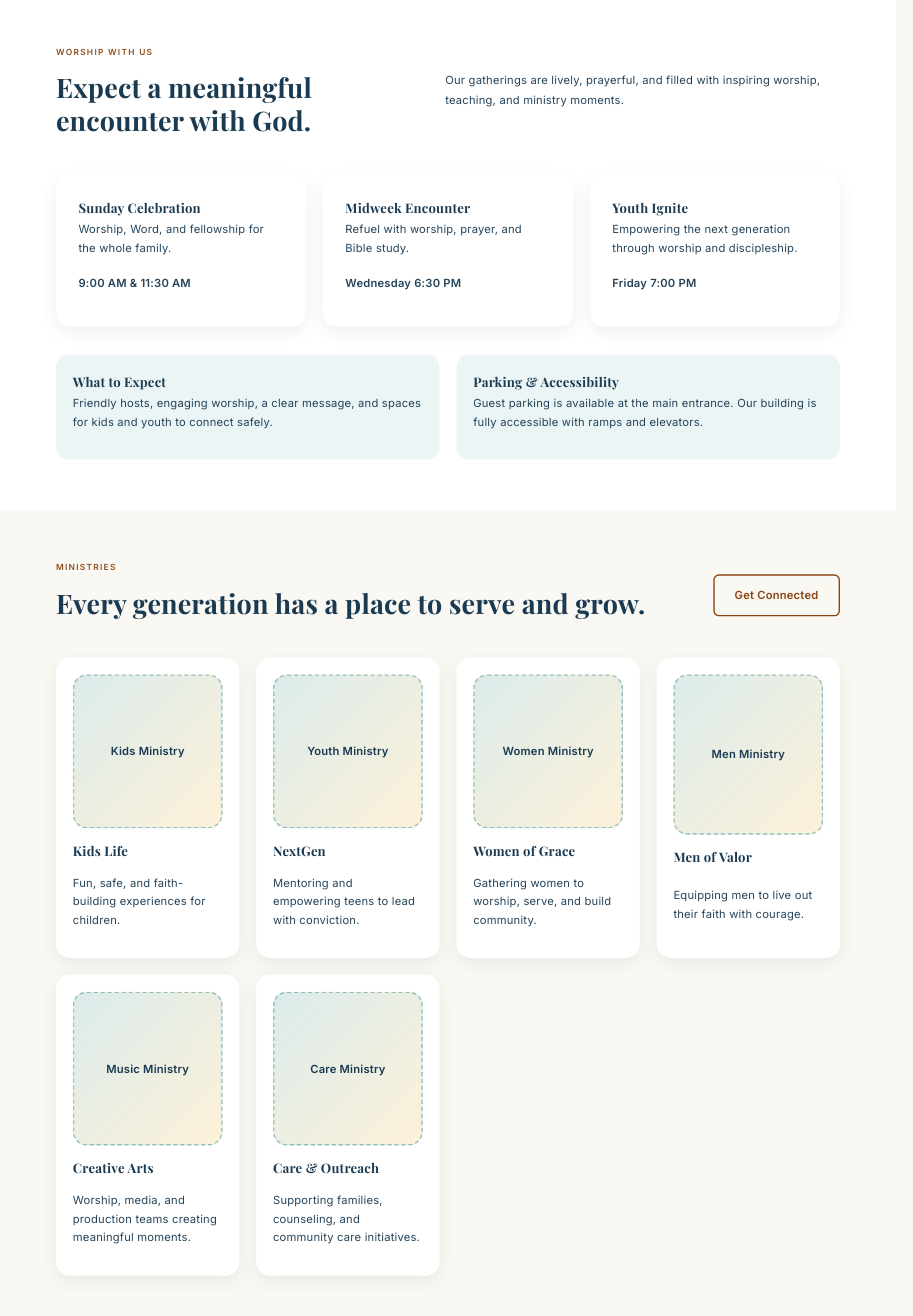
Repository: bilaal441/church
Page: index.htm
These files come from the project's save history. The page is drawn as it stood at one moment and after the next save; the edit follows.
The browser window is 1280 px wide. The page is 1304 px wide, so the pictures cover 1304 px, including what lies to the right of the window. The pictures show the part of the page from y = 1458 to 3338 px (the page is 5647 px tall before and 5650 px after), at 70% of full size.

Above is the page before, as saved 2026-01-19 22:10:11.

### index.htm
<!doctype html>
<html lang="en">
  <head>
    <meta charset="UTF-8" />
    <meta name="viewport" content="width=device-width, initial-scale=1.0" />
    <title>New Life Evangelistic Ministries Worship Centre</title>
    <meta
      name="description"
      content="A welcoming, Spirit-filled church family in Springfield. Join us for worship, discipleship, and community outreach."
    />
    <link rel="stylesheet" href="style.css" />
    <link rel="preconnect" href="https://fonts.googleapis.com" />
    <link rel="preconnect" href="https://fonts.gstatic.com" crossorigin />
    <link
      href="https://fonts.googleapis.com/css2?family=Playfair+Display:wght@400;600;700&family=Inter:wght@400;500;600&display=swap"
      rel="stylesheet"
    />
  </head>
  <body>
    <a class="skip-link" href="#main">Skip to main content</a>
    <header class="site-header">
      <div class="container header-content">
        <div class="logo">
          <span class="logo-mark">NLE</span>
          <div>
            <p class="logo-title">New Life Evangelistic Ministries</p>
            <p class="logo-subtitle">Worship Centre</p>
          </div>
        </div>
        <button
          class="nav-toggle"
          aria-expanded="false"
          aria-controls="site-nav"
        >
          <span></span>
          <span></span>
          <span></span>
        </button>
        <nav id="site-nav" class="site-nav">
          <a href="#about">About</a>
          <a href="#worship">Worship</a>
          <a href="#ministries">Ministries</a>
          <a href="#events">Events</a>
          <a href="#giving">Giving</a>
          <a href="#contact" class="button">Visit Us</a>
        </nav>
      </div>
    </header>

    <main id="main">
      <section class="hero">
        <div class="container hero-grid">
          <div class="hero-text">
            <p class="eyebrow">A Place to Belong &amp; Grow</p>
            <h1>Experience hope, worship, and community in Christ.</h1>
            <p>
              Join us for vibrant worship, powerful teaching, and a loving
              family that is passionate about reaching the city with the gospel.
            </p>
            <div class="hero-actions">
              <a class="button" href="#worship">Plan Your Visit</a>
              <a class="button button-outline" href="#events"
                >Upcoming Events</a
              >
            </div>
            <div class="hero-details">
              <div>
                <span>Service Times</span>
                <strong>Sunday 9:00 AM &amp; 11:30 AM</strong>
              </div>
              <div>
                <span>Midweek Encounter</span>
                <strong>Wednesday 6:30 PM</strong>
              </div>
            </div>
            <div class="hero-note">
              <span>Livestream available</span>
              <a href="#contact">Watch Online</a>
            </div>
          </div>
          <div class="hero-visual">
            <div class="image-placeholder large">Hero Image Placeholder</div>
            <div class="hero-card">
              <h3>Welcome Home</h3>
              <p>
                New to church? We will help you feel at home from the moment you
                arrive.
              </p>
              <a href="#contact">Meet the Team</a>
            </div>
          </div>
        </div>
      </section>

      <section id="about" class="section">
        <div class="container split">
          <div class="image-placeholder">About Image Placeholder</div>
          <div>
            <p class="eyebrow">Who We Are</p>
            <h2>
              Our mission is to raise disciples who live out the love of Jesus.
            </h2>
            <p>
              We are a vibrant, spirit-filled church committed to worship,
              discipleship, evangelism, and compassionate outreach. We welcome
              families, young adults, and every generation to grow together in
              faith.
            </p>
            <div class="stats">
              <div>
                <strong>25+</strong>
                <span>Years of ministry</span>
              </div>
              <div>
                <strong>40+</strong>
                <span>Small groups</span>
              </div>
              <div>
                <strong>15</strong>
                <span>Community partners</span>
              </div>
            </div>
          </div>
        </div>
      </section>

      <section id="worship" class="section section-alt">
        <div class="container">
          <div class="section-header">
            <div>
              <p class="eyebrow">Worship With Us</p>
              <h2>Expect a meaningful encounter with God.</h2>
            </div>
            <p>
              Our gatherings are lively, prayerful, and filled with inspiring
              worship, teaching, and ministry moments.
            </p>
          </div>
          <div class="cards">
            <article class="card">
              <h3>Sunday Celebration</h3>
              <p>Worship, Word, and fellowship for the whole family.</p>
              <p class="card-meta">9:00 AM &amp; 11:30 AM</p>
            </article>
            <article class="card">
              <h3>Midweek Encounter</h3>
              <p>Refuel with worship, prayer, and Bible study.</p>
              <p class="card-meta">Wednesday 6:30 PM</p>
            </article>
            <article class="card">
              <h3>Youth Ignite</h3>
              <p>
                Empowering the next generation through worship and discipleship.
              </p>
              <p class="card-meta">Friday 7:00 PM</p>
            </article>
          </div>
          <div class="worship-highlight">
            <div>
              <h3>What to Expect</h3>
              <p>
                Friendly hosts, engaging worship, a clear message, and spaces
                for kids and youth to connect safely.
              </p>
            </div>
            <div>
              <h3>Parking &amp; Accessibility</h3>
              <p>
                Guest parking is available at the main entrance. Our building is
                fully accessible with ramps and elevators.
              </p>
            </div>
          </div>
        </div>
      </section>

      <section id="ministries" class="section">
        <div class="container">
          <div class="section-header">
            <div>
              <p class="eyebrow">Ministries</p>
              <h2>Every generation has a place to serve and grow.</h2>
            </div>
            <a class="button button-outline" href="#contact">Get Connected</a>
          </div>
          <div class="ministry-grid">
            <div class="ministry-card">
              <div class="image-placeholder">Kids Ministry</div>
              <h3>Kids Life</h3>
              <p>Fun, safe, and faith-building experiences for children.</p>
            </div>
            <div class="ministry-card">
              <div class="image-placeholder">Youth Ministry</div>
              <h3>NextGen</h3>
              <p>Mentoring and empowering teens to lead with conviction.</p>
            </div>
            <div class="ministry-card">
              <div class="image-placeholder">Women Ministry</div>
              <h3>Women of Grace</h3>
              <p>Gathering women to worship, serve, and build community.</p>
            </div>
            <div class="ministry-card">
              <div class="image-placeholder">Men Ministry</div>
              <h3>Men of Valor</h3>
              <p>Equipping men to live out their faith with courage.</p>
            </div>
            <div class="ministry-card">
              <div class="image-placeholder">Music Ministry</div>
              <h3>Creative Arts</h3>
              <p>
                Worship, media, and production teams creating meaningful
                moments.
              </p>
            </div>
            <div class="ministry-card">
              <div class="image-placeholder">Care Ministry</div>
              <h3>Care &amp; Outreach</h3>
              <p>
                Supporting families, counseling, and community care initiatives.
              </p>
            </div>
          </div>
        </div>
      </section>

      <section id="events" class="section section-alt">
        <div class="container">
          <div class="section-header">
            <div>
              <p class="eyebrow">Upcoming Events</p>
              <h2>There is always something happening at New Life.</h2>
            </div>
            <a class="button" href="#giving">Support the Mission</a>
          </div>
          <div class="event-list">
            <article>
              <span class="event-date">Mar 21</span>
              <div>
                <h3>Citywide Prayer Night</h3>
                <p>
                  Join churches across the city for a night of prayer and
                  worship.
                </p>
              </div>
              <a href="#contact">Learn More</a>
            </article>
            <article>
              <span class="event-date">Apr 05</span>
              <div>
                <h3>Community Outreach Day</h3>
                <p>Serve families with meals, clothing, and encouragement.</p>
              </div>
              <a href="#contact">Serve With Us</a>
            </article>
            <article>
              <span class="event-date">Apr 19</span>
              <div>
                <h3>Resurrection Celebration</h3>
                <p>
                  A joyful service with worship, testimonies, and family
                  activities.
                </p>
              </div>
              <a href="#contact">Plan Your Visit</a>
            </article>
          </div>
        </div>
      </section>

      <section id="giving" class="section">
        <div class="container giving">
          <div>
            <p class="eyebrow">Giving</p>
            <h2>Your generosity fuels life-changing ministry.</h2>
            <p>
              Every gift helps us reach more people with the gospel, support
              families in need, and raise leaders for the future.
            </p>
            <div class="giving-actions">
              <a class="button" href="#contact">Give Online</a>
              <a class="button button-outline" href="#contact">Volunteer</a>
            </div>
            <div class="giving-note">
              <strong>Need assistance?</strong>
              <span
                >We can help with giving, prayer requests, or support
                resources.</span
              >
            </div>
          </div>
          <div class="image-placeholder">Giving Image Placeholder</div>
        </div>
      </section>

      <section id="contact" class="section section-alt">
        <div class="container contact">
          <div>
            <p class="eyebrow">Visit Us</p>
            <h2>We would love to meet you this Sunday.</h2>
            <p>
              125 Hope Street, Springfield, ST 12345<br />
              (555) 123-4567 · hello@nlewc.org
            </p>
            <div class="contact-details">
              <div>
                <strong>Office Hours</strong>
                <span>Mon - Fri, 9 AM - 4 PM</span>
              </div>
              <div>
                <strong>Prayer Line</strong>
                <span>Available 24/7</span>
              </div>
              <div>
                <strong>Follow Us</strong>
                <span>Instagram · Facebook · YouTube</span>
              </div>
            </div>
          </div>
          <form class="contact-form">
            <h3>Plan a Visit</h3>
            <label>
              Full Name
              <input type="text" placeholder="Your name" />
            </label>
            <label>
              Email Address
              <input type="email" placeholder="you@example.com" />
            </label>
            <label>
              Message
              <textarea
                rows="4"
                placeholder="Tell us how we can help."
              ></textarea>
            </label>
            <button type="submit" class="button">Send Message</button>
          </form>
        </div>
      </section>
    </main>

    <footer class="site-footer">
      <div class="container footer-grid">
        <div>
          <div class="logo">
            <span class="logo-mark">NLE</span>
            <div>
              <p class="logo-title">New Life Evangelistic Ministries</p>
              <p class="logo-subtitle">Worship Centre</p>
            </div>
          </div>
          <p>
            Building lives, families, and communities through the love of Jesus.
          </p>
        </div>
        <div>
          <h4>Connect</h4>
          <ul>
            <li><a href="#about">About</a></li>
            <li><a href="#worship">Worship</a></li>
            <li><a href="#ministries">Ministries</a></li>
            <li><a href="#events">Events</a></li>
          </ul>
        </div>
        <div>
          <h4>Visit</h4>
          <ul>
            <li>125 Hope Street</li>
            <li>Springfield, ST 12345</li>
            <li>(555) 123-4567</li>
            <li>hello@nlewc.org</li>
          </ul>
        </div>
        <div>
          <h4>Stay Updated</h4>
          <p>Subscribe for prayer points and community updates.</p>
          <div class="subscribe">
            <input type="email" placeholder="Email address" />
            <button class="button">Subscribe</button>
          </div>
        </div>
      </div>
      <div class="footer-bottom">
        <p>
          © 2024 New Life Evangelistic Ministries Worship Centre. All rights
          reserved.
        </p>
      </div>
    </footer>

    <script src="script.js"></script>
  </body>
</html>

### style.css
:root {
  --navy: #1a3a52;
  --gold: #d4a574;
  --burgundy: #8b4513;
  --cream: #faf8f3;
  --sage: #6b8e7f;
  --muted: #7d8a7f;
  --white: #ffffff;
  --light-gold: #f5e6d3;
  --shadow: 0 8px 24px rgba(26, 58, 82, 0.08);
  --shadow-lg: 0 12px 32px rgba(26, 58, 82, 0.12);
}

* {
  box-sizing: border-box;
  margin: 0;
  padding: 0;
}

body {
  font-family: "Inter", sans-serif;
  background-color: var(--cream);
  color: var(--navy);
  line-height: 1.7;
  letter-spacing: 0.3px;
}

img {
  max-width: 100%;
  display: block;
}

a {
  color: inherit;
  text-decoration: none;
}

.skip-link {
  position: absolute;
  left: -999px;
  top: 16px;
  background: var(--navy);
  color: var(--white);
  padding: 0.6rem 1.2rem;
  border-radius: 999px;
  z-index: 50;
}

.skip-link:focus {
  left: 16px;
}

.container {
  width: min(1120px, 90%);
  margin: 0 auto;
}

.eyebrow {
  text-transform: uppercase;
  letter-spacing: 0.15em;
  font-size: 0.75rem;
  color: var(--burgundy);
  font-weight: 700;
  margin-bottom: 1rem;
}

h1,
h2,
h3,
h4 {
  font-family: "Playfair Display", serif;
  color: var(--navy);
}

h1 {
  font-size: clamp(2.5rem, 4vw, 3.5rem);
  line-height: 1.1;
  margin-bottom: 1rem;
}

h2 {
  font-size: clamp(2rem, 3vw, 2.8rem);
  line-height: 1.2;
  margin-bottom: 1rem;
}

p {
  margin-bottom: 1rem;
  color: var(--navy);
  opacity: 0.95;
}

.button {
  display: inline-flex;
  align-items: center;
  justify-content: center;
  padding: 0.9rem 1.8rem;
  border-radius: 8px;
  background: var(--burgundy);
  color: var(--white);
  font-weight: 600;
  transition:
    transform 0.2s ease,
    box-shadow 0.2s ease,
    background 0.2s ease;
  box-shadow: var(--shadow-lg);
}

.button:hover {
  transform: translateY(-2px);
  background: #6d3410;
  box-shadow: var(--shadow-lg);
}

.button-outline {
  background: transparent;
  color: var(--burgundy);
  border: 2px solid var(--burgundy);
  box-shadow: none;
}

.site-header {
  background: var(--white);
  position: sticky;
  top: 0;
  z-index: 20;
  box-shadow: 0 4px 12px rgba(26, 58, 82, 0.05);
  border-bottom: 2px solid var(--light-gold);
}

.header-content {
  display: flex;
  align-items: center;
  justify-content: space-between;
  padding: 1.2rem 0;
  gap: 2rem;
}

.logo {
  display: flex;
  align-items: center;
  gap: 0.8rem;
}

.logo-mark {
  width: 48px;
  height: 48px;
  border-radius: 10px;
  background: linear-gradient(135deg, var(--burgundy), var(--gold));
  color: var(--white);
  font-weight: 700;
  display: grid;
  place-items: center;
  font-size: 1.1rem;
  box-shadow: 0 4px 12px rgba(139, 69, 19, 0.2);
}

.logo-title {
  font-weight: 700;
  font-size: 0.95rem;
}

.logo-subtitle {
  font-size: 0.85rem;
  color: var(--muted);
}

.site-nav {
  display: flex;
  align-items: center;
  gap: 1.5rem;
}

.site-nav a {
  font-weight: 600;
  font-size: 0.95rem;
}

.nav-toggle {
  display: none;
  flex-direction: column;
  gap: 6px;
  background: none;
  border: none;
  cursor: pointer;
}

.nav-toggle span {
  width: 24px;
  height: 2px;
  background: var(--navy);
}

.hero {
  padding: 5rem 0 4rem;
  background: linear-gradient(
    135deg,
    rgba(212, 165, 116, 0.08),
    rgba(139, 69, 19, 0.05)
  );
}

.hero-grid {
  display: grid;
  gap: 3rem;
  align-items: center;
}

.hero-actions {
  display: flex;
  flex-wrap: wrap;
  gap: 1rem;
  margin: 2rem 0;
}

.hero-details {
  display: grid;
  gap: 1.5rem;
  background: var(--white);
  padding: 2rem;
  border-radius: 12px;
  box-shadow: var(--shadow-lg);
  border-left: 4px solid var(--burgundy);
}

.hero-details span {
  font-size: 0.85rem;
  color: var(--muted);
  text-transform: uppercase;
  letter-spacing: 0.1em;
}

.hero-details strong {
  display: block;
  font-size: 1.1rem;
  color: var(--burgundy);
}

.hero-note {
  display: flex;
  align-items: center;
  gap: 0.75rem;
  font-weight: 600;
  color: var(--burgundy);
}

.hero-note a {
  color: var(--burgundy);
  text-decoration: underline;
}

.hero-visual {
  display: grid;
  gap: 1.5rem;
  position: relative;
}

.hero-card {
  background: var(--white);
  padding: 2rem;
  border-radius: 12px;
  box-shadow: var(--shadow-lg);
  transition: transform 0.3s ease, box-shadow 0.3s ease;
}

.hero-card:hover {
  transform: translateY(-4px);
  box-shadow: var(--shadow-lg);
}

.hero-card a {
  color: var(--burgundy);
  font-weight: 600;
}

.section {
  padding: 4.5rem 0;
}

.section-alt {
  background: var(--white);
}

.section-header {
  display: flex;
  align-items: center;
  justify-content: space-between;
  gap: 2rem;
  margin-bottom: 2.5rem;
}

.split {
  display: grid;
  gap: 2.5rem;
  align-items: center;
}

.stats {
  display: grid;
  grid-template-columns: repeat(auto-fit, minmax(140px, 1fr));
  gap: 1.5rem;
  margin-top: 2rem;
}

.stats strong {
  font-size: 2rem;
  color: var(--burgundy);
}

.cards {
  display: grid;
  grid-template-columns: repeat(auto-fit, minmax(240px, 1fr));
  gap: 1.5rem;
}

.card {
  background: var(--white);
  padding: 2rem;
  border-radius: 20px;
  box-shadow: var(--shadow);
}

.card-meta {
  color: var(--teal);
  font-weight: 600;
  margin-top: 1.5rem;
}

.worship-highlight {
  margin-top: 2.5rem;
  display: grid;
  grid-template-columns: repeat(auto-fit, minmax(240px, 1fr));
  gap: 1.5rem;
}

.worship-highlight div {
  background: rgba(15, 123, 123, 0.08);
  padding: 1.5rem;
  border-radius: 18px;
}

.ministry-grid {
  display: grid;
  grid-template-columns: repeat(auto-fit, minmax(220px, 1fr));
  gap: 1.5rem;
}

.ministry-card {
  background: var(--white);
  padding: 1.5rem;
  border-radius: 20px;
  box-shadow: var(--shadow);
  display: grid;
  gap: 1rem;
}

.event-list {
  display: grid;
  gap: 1.5rem;
}

.event-list article {
  display: grid;
  grid-template-columns: auto 1fr auto;
  gap: 1.5rem;
  background: var(--white);
  padding: 1.5rem 2rem;
  border-radius: 18px;
  align-items: center;
  box-shadow: var(--shadow);
}

.event-date {
  background: var(--teal);
  color: var(--white);
  padding: 0.7rem 1rem;
  border-radius: 12px;
  font-weight: 700;
}

.giving {
  display: grid;
  gap: 2.5rem;
  align-items: center;
}

.giving-actions {
  display: flex;
  gap: 1rem;
  flex-wrap: wrap;
}

.giving-note {
  margin-top: 1.5rem;
  background: rgba(15, 123, 123, 0.08);
  padding: 1rem 1.25rem;
  border-radius: 16px;
  display: grid;
  gap: 0.3rem;
}

.giving-note strong {
  color: var(--navy);
}

.contact {
  display: grid;
  gap: 2.5rem;
  align-items: start;
}

.contact-form {
  background: var(--white);
  padding: 2rem;
  border-radius: 20px;
  box-shadow: var(--shadow);
  display: grid;
  gap: 1rem;
}

.contact-form label {
  display: grid;
  gap: 0.5rem;
  font-weight: 600;
}

input,
textarea {
  padding: 0.7rem 1rem;
  border-radius: 12px;
  border: 1px solid #e5e7eb;
  font-family: inherit;
}

.site-footer {
  background: var(--navy);
  color: var(--white);
  padding: 4rem 0 1.5rem;
}

.site-footer h4 {
  color: var(--white);
  margin-bottom: 1rem;
}

.site-footer p,
.site-footer a,
.site-footer li {
  color: rgba(255, 255, 255, 0.8);
}

.footer-grid {
  display: grid;
  grid-template-columns: repeat(auto-fit, minmax(200px, 1fr));
  gap: 2rem;
}

.footer-grid ul {
  list-style: none;
  display: grid;
  gap: 0.6rem;
}

.subscribe {
  display: flex;
  gap: 0.5rem;
  margin-top: 1rem;
}

.footer-bottom {
  margin-top: 2rem;
  border-top: 1px solid rgba(255, 255, 255, 0.2);
  text-align: center;
  padding-top: 1.5rem;
  font-size: 0.85rem;
}

.image-placeholder {
  background: linear-gradient(
    135deg,
    rgba(15, 123, 123, 0.15),
    rgba(244, 185, 66, 0.2)
  );
  border: 2px dashed rgba(15, 123, 123, 0.4);
  border-radius: 20px;
  min-height: 220px;
  display: grid;
  place-items: center;
  text-align: center;
  padding: 1.5rem;
  color: var(--teal);
  font-weight: 600;
}

.image-placeholder.large {
  min-height: 340px;
}

@media (min-width: 900px) {
  .hero-grid {
    grid-template-columns: repeat(2, 1fr);
  }

  .split,
  .giving,
  .contact {
    grid-template-columns: repeat(2, 1fr);
  }
}

@media (max-width: 900px) {
  .section-header {
    flex-direction: column;
    align-items: flex-start;
  }

  .event-list article {
    grid-template-columns: 1fr;
  }
}

@media (max-width: 768px) {
  .site-nav {
    position: absolute;
    top: 100%;
    right: 0;
    background: var(--white);
    flex-direction: column;
    padding: 1.5rem;
    gap: 1rem;
    width: min(90vw, 280px);
    transform: translateY(-10px);
    opacity: 0;
    pointer-events: none;
    box-shadow: var(--shadow);
    border-radius: 16px;
  }

  .site-nav.open {
    opacity: 1;
    transform: translateY(0);
    pointer-events: auto;
  }

  .nav-toggle {
    display: flex;
  }

  .header-content {
    position: relative;
  }
}

@media (max-width: 600px) {
  .hero-details {
    padding: 1rem;
  }

  .hero-note {
    flex-direction: column;
    align-items: flex-start;
  }

  .subscribe {
    flex-direction: column;
    align-items: stretch;
  }
}

Loaded but not shown: script.js (18 lines, source omitted)

After the next save:
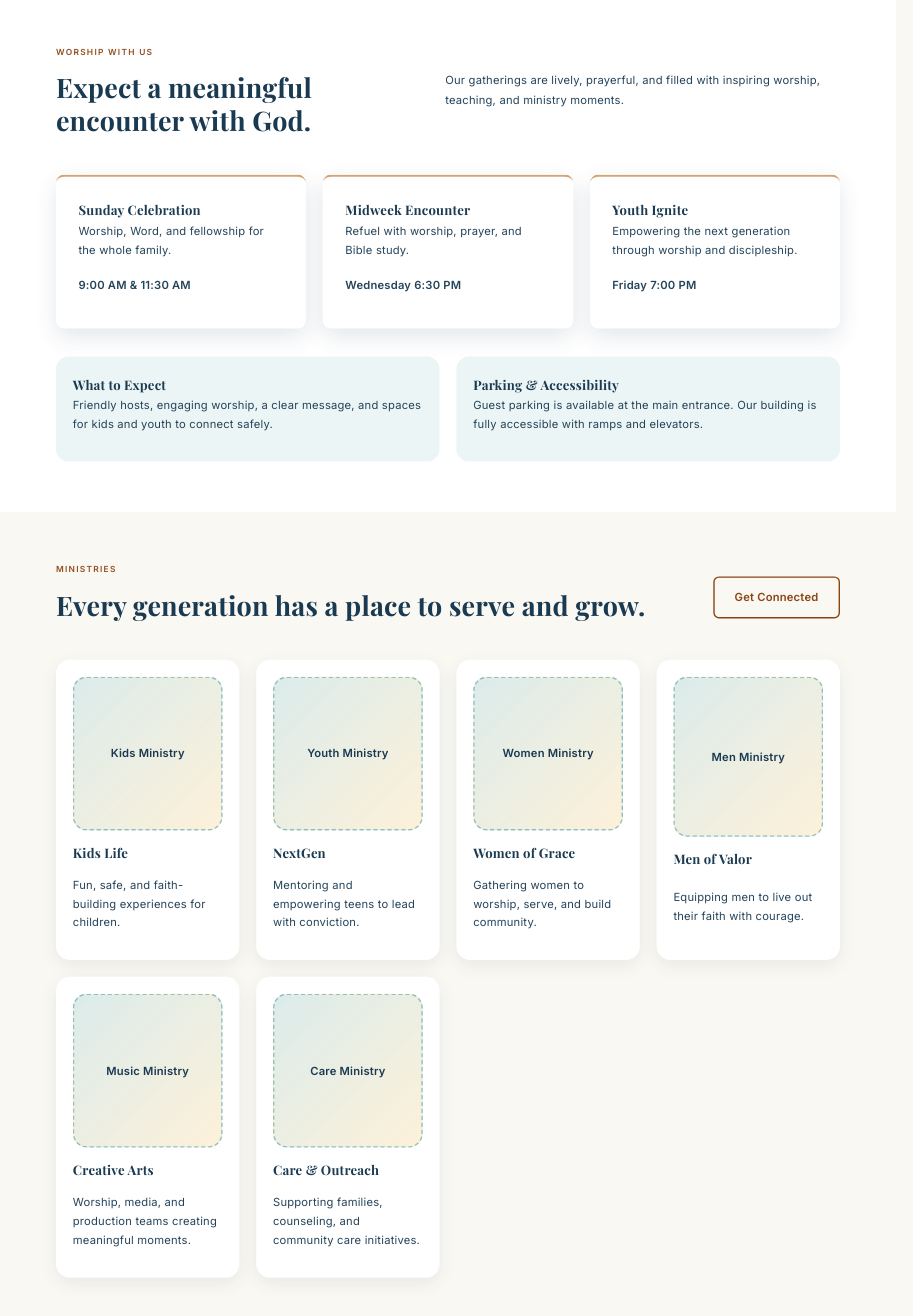
Saved 4 s later.
--- a/style.css
+++ b/style.css
@@ -316,8 +316,15 @@
 .card {
   background: var(--white);
   padding: 2rem;
-  border-radius: 20px;
-  box-shadow: var(--shadow);
+  border-radius: 12px;
+  box-shadow: var(--shadow-lg);
+  transition: transform 0.3s ease, box-shadow 0.3s ease;
+  border-top: 3px solid var(--gold);
+}
+
+.card:hover {
+  transform: translateY(-4px);
+  box-shadow: var(--shadow-lg);
 }
 
 .card-meta {
